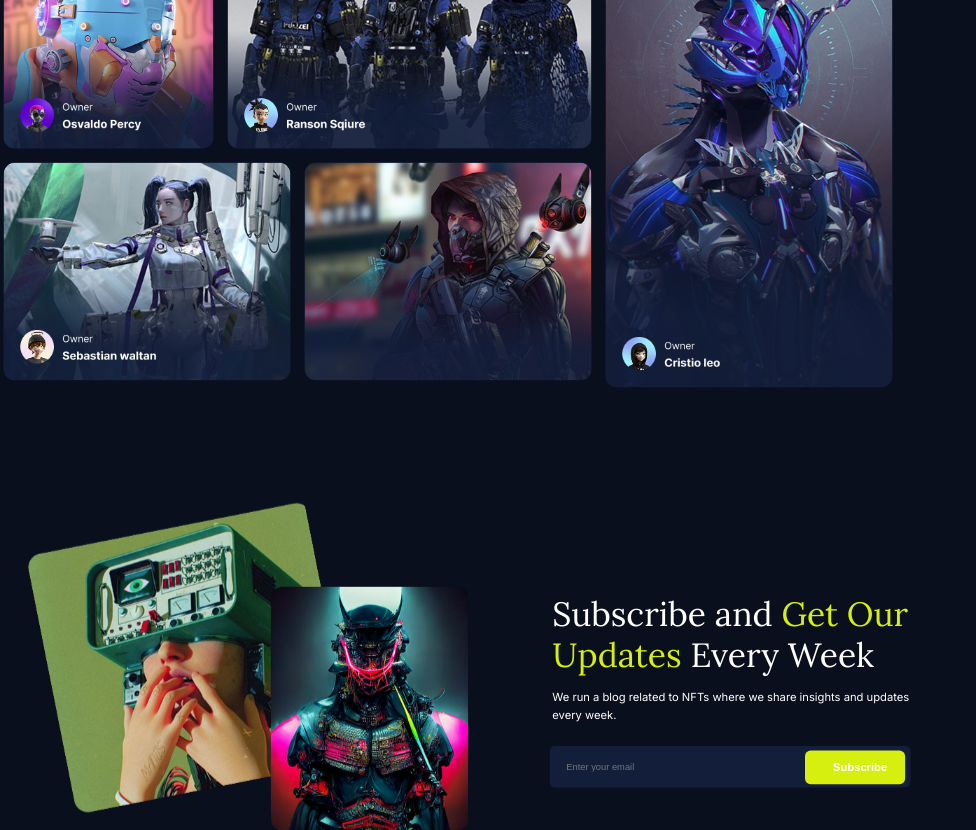
Repository: Kamron5505/NftMarketplace
Page: index.html
The author's editor kept a copy of each file at every save. The page is drawn from the files as they stood at one save, then again after a run of saves.
The browser window is 1280 px wide. The page is 1394 px wide, so the pictures cover 1394 px, including what lies to the right of the window. The pictures show the part of the page from y = 2506 to 4266 px (the page is 3692 px tall before and 4266 px after), at 70% of full size.

Above is the page before, as saved 2025-07-10 22:25:08.

After the next 5 saves:
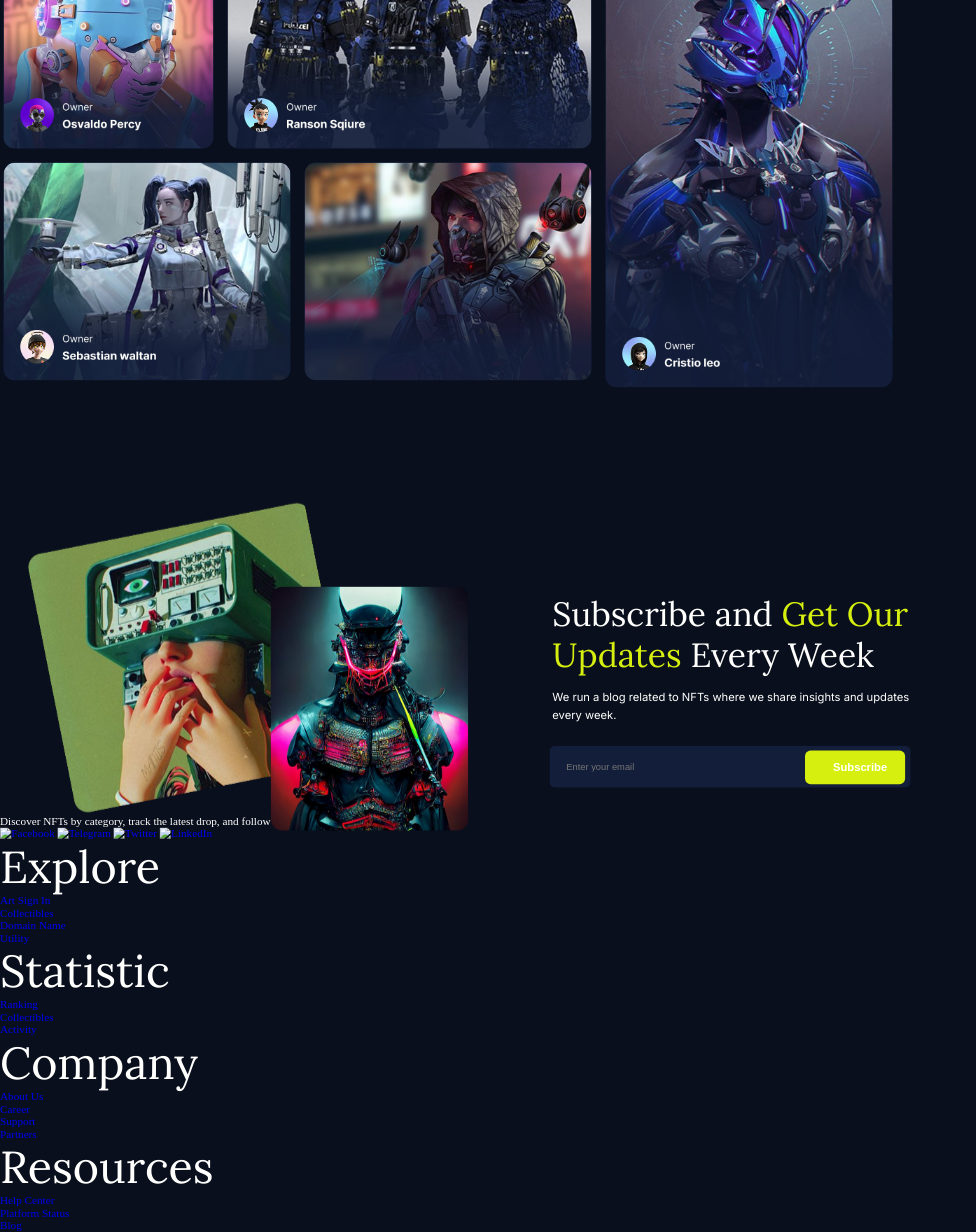
Not found: facebook.svg
Not found: linkedin.svg
Not found: telegram.svg
The 5 saves are shown as one change because they came seconds apart.
The last was saved 3 min 46 s later.
--- a/index.html
+++ b/index.html
@@ -309,8 +309,54 @@
                 </section>
     </main>
     <footer class="footer">
-        <div class="container">
-
+        <div class="footer-column footer-intro">
+            <p class="footer-text">
+                Discover NFTs by category, track the latest drop, and follow the collections you love. Enjoy it!
+            </p>
+            <div class="footer-socials">
+                <a href="#"><img src="facebook.svg" alt="Facebook" /></a>
+                <a href="#"><img src="telegram.svg" alt="Telegram" /></a>
+                <a href="#"><img src="twitter.svg" alt="Twitter" /></a>
+                <a href="#"><img src="linkedin.svg" alt="LinkedIn" /></a>
+            </div>
+        </div>
+
+        <div class="footer-column">
+            <h4 class="footer-title">Explore</h4>
+            <ul class="footer-list">
+                <li><a href="#">Art Sign In</a></li>
+                <li><a href="#">Collectibles</a></li>
+                <li><a href="#">Domain Name</a></li>
+                <li><a href="#">Utility</a></li>
+            </ul>
+        </div>
+
+        <div class="footer-column">
+            <h4 class="footer-title">Statistic</h4>
+            <ul class="footer-list">
+                <li><a href="#">Ranking</a></li>
+                <li><a href="#">Collectibles</a></li>
+                <li><a href="#">Activity</a></li>
+            </ul>
+        </div>
+
+        <div class="footer-column">
+            <h4 class="footer-title">Company</h4>
+            <ul class="footer-list">
+                <li><a href="#">About Us</a></li>
+                <li><a href="#">Career</a></li>
+                <li><a href="#">Support</a></li>
+                <li><a href="#">Partners</a></li>
+            </ul>
+        </div>
+
+        <div class="footer-column">
+            <h4 class="footer-title">Resources</h4>
+            <ul class="footer-list">
+                <li><a href="#">Help Center</a></li>
+                <li><a href="#">Platform Status</a></li>
+                <li><a href="#">Blog</a></li>
+            </ul>
         </div>
     </footer>
 </body>

After the 3 saves that followed:
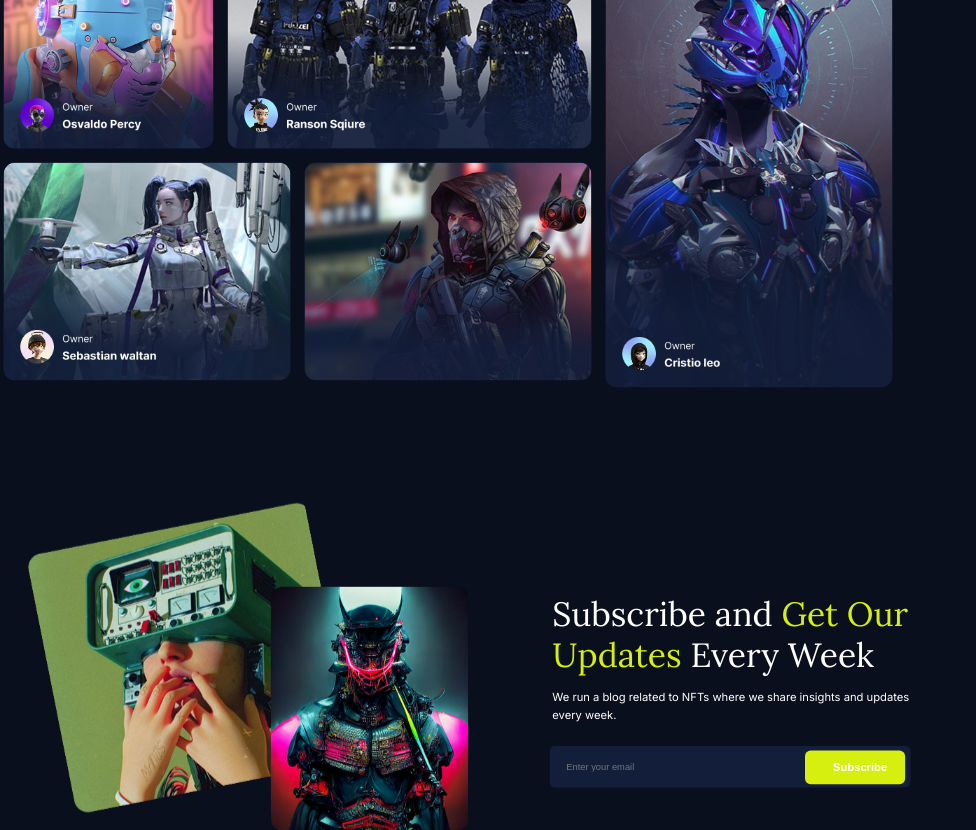
The 3 saves are shown as one change because 1 left the picture as it was and some came seconds apart.
The last was saved 22 s later.
--- a/index.html
+++ b/index.html
@@ -309,55 +309,10 @@
                 </section>
     </main>
     <footer class="footer">
-        <div class="footer-column footer-intro">
-            <p class="footer-text">
-                Discover NFTs by category, track the latest drop, and follow the collections you love. Enjoy it!
-            </p>
-            <div class="footer-socials">
-                <a href="#"><img src="facebook.svg" alt="Facebook" /></a>
-                <a href="#"><img src="telegram.svg" alt="Telegram" /></a>
-                <a href="#"><img src="twitter.svg" alt="Twitter" /></a>
-                <a href="#"><img src="linkedin.svg" alt="LinkedIn" /></a>
-            </div>
+        <div class="container">
+
         </div>
 
-        <div class="footer-column">
-            <h4 class="footer-title">Explore</h4>
-            <ul class="footer-list">
-                <li><a href="#">Art Sign In</a></li>
-                <li><a href="#">Collectibles</a></li>
-                <li><a href="#">Domain Name</a></li>
-                <li><a href="#">Utility</a></li>
-            </ul>
-        </div>
-
-        <div class="footer-column">
-            <h4 class="footer-title">Statistic</h4>
-            <ul class="footer-list">
-                <li><a href="#">Ranking</a></li>
-                <li><a href="#">Collectibles</a></li>
-                <li><a href="#">Activity</a></li>
-            </ul>
-        </div>
-
-        <div class="footer-column">
-            <h4 class="footer-title">Company</h4>
-            <ul class="footer-list">
-                <li><a href="#">About Us</a></li>
-                <li><a href="#">Career</a></li>
-                <li><a href="#">Support</a></li>
-                <li><a href="#">Partners</a></li>
-            </ul>
-        </div>
-
-        <div class="footer-column">
-            <h4 class="footer-title">Resources</h4>
-            <ul class="footer-list">
-                <li><a href="#">Help Center</a></li>
-                <li><a href="#">Platform Status</a></li>
-                <li><a href="#">Blog</a></li>
-            </ul>
-        </div>
     </footer>
 </body>
 
